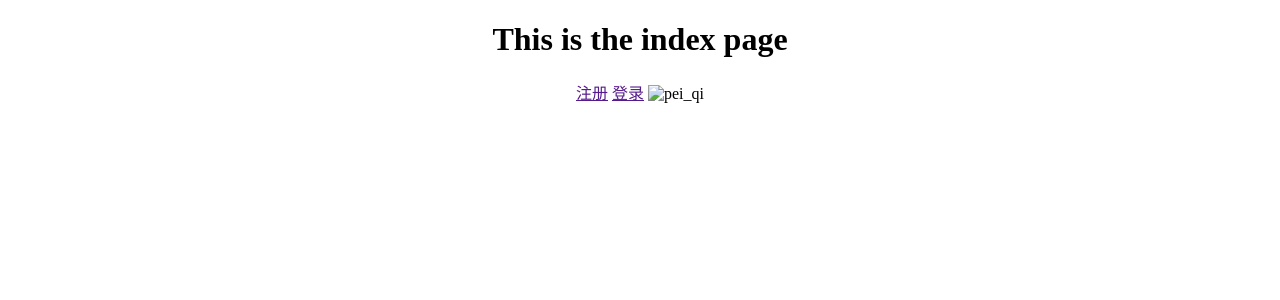
Repository: qizheng-jin/java_practice
Page: Socket_Practice/Webapps/html_files/index.html
An editor plug-in stored every save of this project. The page is shown before and after the next save, followed by the edit.
The browser window is 1280 px wide. The pictures show the whole page.

Above is the page before, as saved 2021-03-02 06:54:19.

After the next save:
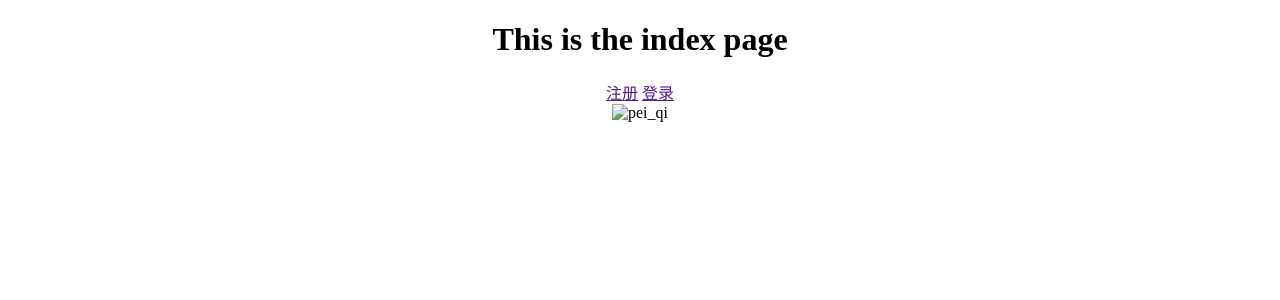
Saved 39 s later.
--- a/Socket_Practice/Webapps/html_files/index.html
+++ b/Socket_Practice/Webapps/html_files/index.html
@@ -8,7 +8,7 @@
 		<center>
 			<h1>This is the index page</h1>
 			<a href="">注册</a>
-			<a href="">登录</a>
+			<a href="">登录</a><br>
 			<img src"../img/pei_qi.jpg" alt="pei_qi">
 		</center>
 	</body>
